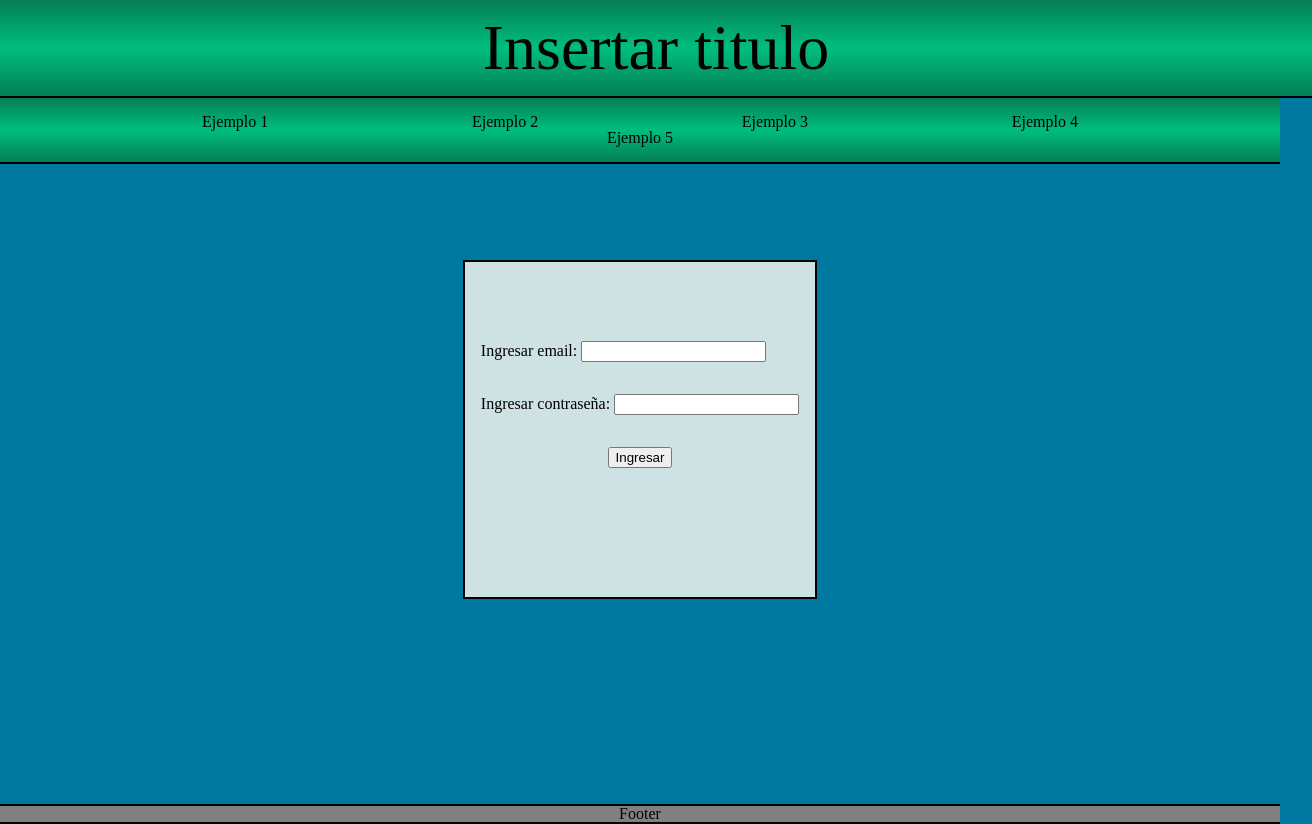
Repository: FacundoKinderknecht/Parcial-2-LPPA
Page: login/login.html
An editor plug-in stored every save of this project. The page is shown before and after the next save, followed by the edit.
The browser window is 1280 px wide. The page is 1312 px wide, so the pictures cover 1312 px, including what lies to the right of the window. The pictures show the whole page.

Above is the page before, as saved 2022-07-06 10:45:34.

After the next save:
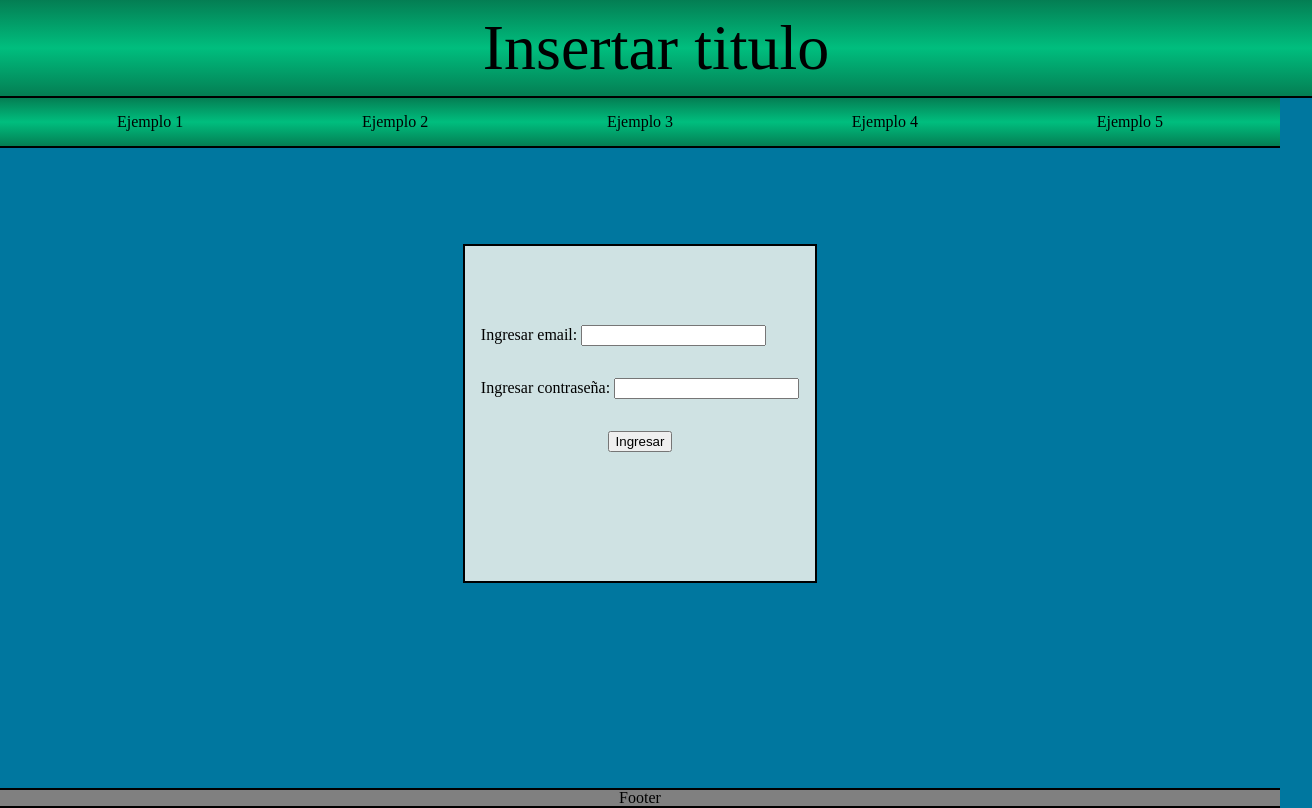
Saved 4 s later.
--- a/login/login.css
+++ b/login/login.css
@@ -21,7 +21,7 @@ a{
     display: inline-block;
     text-decoration: none;
     color: black;
-    padding: 0% 8%;
+    padding: 0% 7%;
 }
 body{
     background-color: rgb(0, 119, 159);
